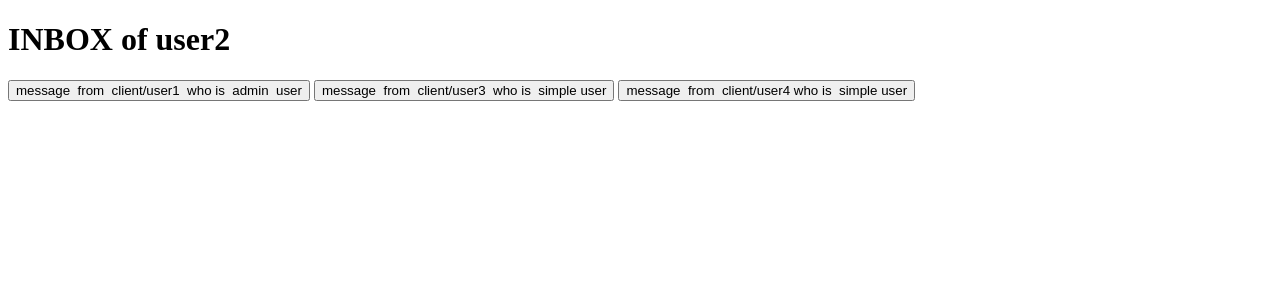
Repository: heenasalim/Java_Script
Page: Simplehtmldemo/WebContent/FBUSER2.html
These files come from the project's save history. The page is drawn as it stood at one moment and after the next save; the edit follows.
The browser window is 1280 px wide. The pictures show the whole page.

Above is the page before, as saved 2015-10-12 10:48:19.

### Simplehtmldemo/WebContent/FBUSER2.html
<!DOCTYPE html PUBLIC "-//W3C//DTD HTML 4.01 Transitional//EN" "http://www.w3.org/TR/html4/loose.dtd">
<html>
<head>
<meta http-equiv="Content-Type" content="text/html; charset=ISO-8859-1">
<title>Insert title here</title>
</head>
<body>
<H1>INBOX  of  user2</H1>
<input type="submit"  value="message  from  client/user1  who is  admin  user">
<input type="submit"  value="message  from  client/user3  who is  simple user">
<input type="submit"  value="message  from  client/user4 who is  simple user">
</body>
</html>

After the next save:
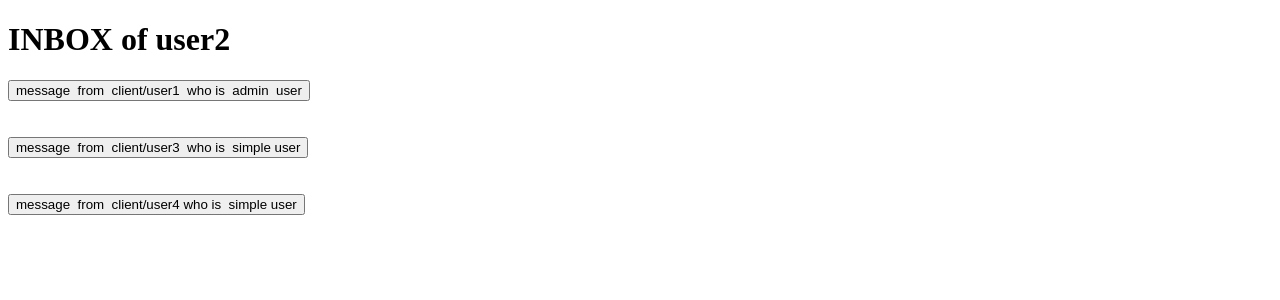
Saved 67 s later.
--- a/Simplehtmldemo/WebContent/FBUSER2.html
+++ b/Simplehtmldemo/WebContent/FBUSER2.html
@@ -7,7 +7,11 @@
 <body>
 <H1>INBOX  of  user2</H1>
 <input type="submit"  value="message  from  client/user1  who is  admin  user">
+<br/>
+<br/>
+<br/>
 <input type="submit"  value="message  from  client/user3  who is  simple user">
+<br/><br/><br/>
 <input type="submit"  value="message  from  client/user4 who is  simple user">
 </body>
 </html>
